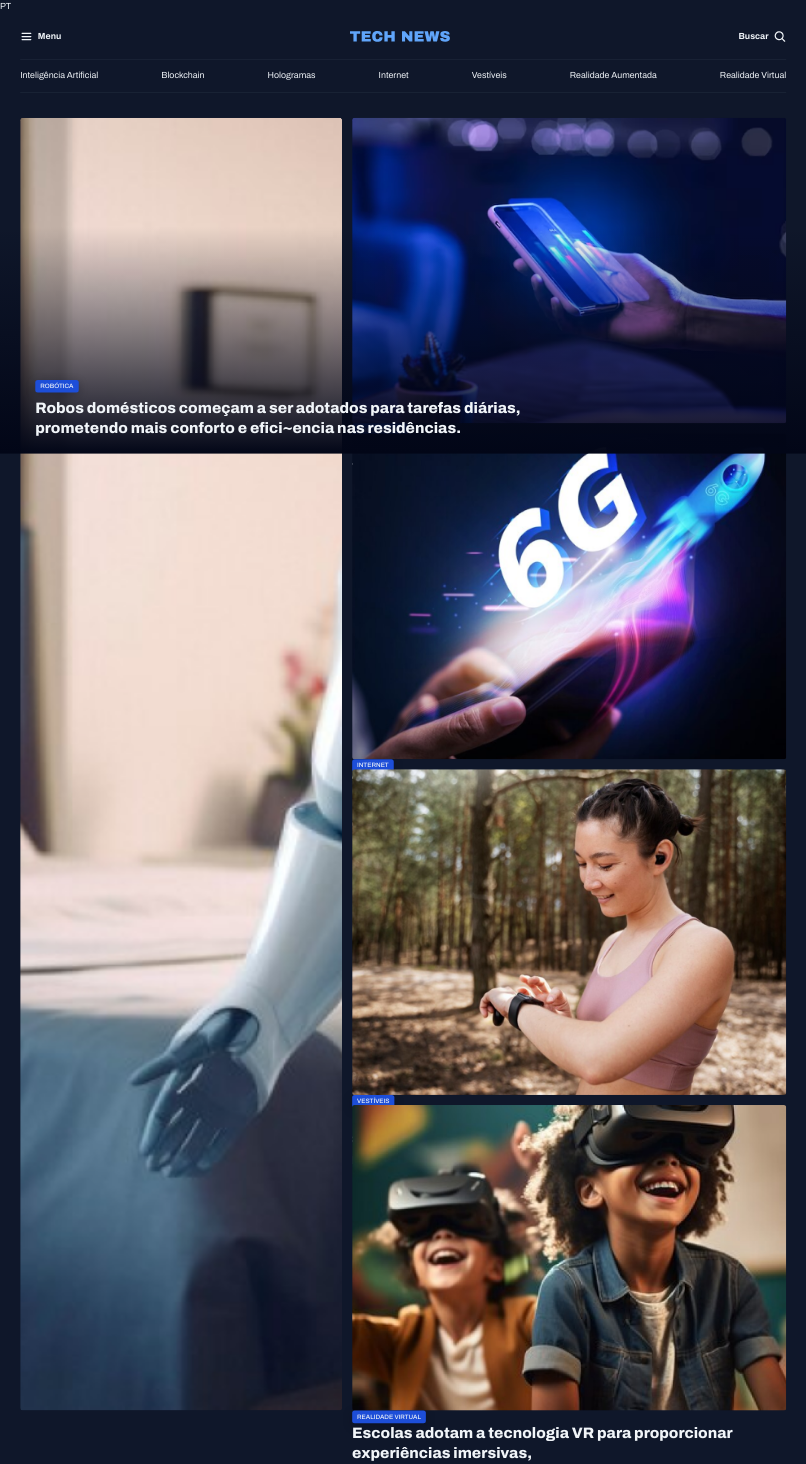
Repository: JeffRodFer/portalDeNoticias
Page: index.html
The author's editor kept a copy of each file at every save. The page is drawn from the files as they stood at one save, then again after a run of saves.
The browser window is 1280 px wide. The pictures show the whole page, at 63% of full size.

Above is the page before, as saved 2025-04-15 22:02:11.

### index.html
PT<!DOCTYPE html>
<html lang="pt-BR">
  <head>
    <link rel="preconnect" href="https://fonts.googleapis.com">
  <link rel="preconnect" href="https://fonts.gstatic.com" crossorigin>
  <meta charset="UTF-8">
  <meta name="viewport" content="width=device-width, initial-scale=1.0">
  <title>Portal de Notícias</title>
  <link rel="stylesheet" href="styles/index.css">

  <link href="https://fonts.googleapis.com/css2?family=Archivo:ital,wght@0,100..900;1,100..900&family=Bree+Serif&family=Poppins:wght@400;700&display=swap" rel="stylesheet">

</head>
<body>
  <header class="container">
    <nav id="primary" class="grid grid-flow-col">
      <div>
        <img src="assets/icons/List.svg" alt="ícone de menu">
        <strong>Menu</strong>
      </div>
        <div>
          <img src="assets/Logo (1).svg" alt="TechNews logo">
        </div>
        <div>
          <strong>Buscar</strong>
          <img src="assets/icons/MagnifyingGlass.svg" alt="ícone de lupa para pesquisa">
        </div>
    </nav>
    <nav id="secondary" class="grid grid-flow-col">
      <a href="#">Inteligência Artificial</a>
      <a href="#">Blockchain</a>
      <a href="#">Hologramas</a>
      <a href="#">Internet</a>
      <a href="#">Vestíveis</a>
      <a href="#">Realidade Aumentada</a>
      <a href="#">Realidade Virtual</a>
    </nav>
  </header>
  <main class="grid container">
    <section id="featured" class="grid grid-flow-col gap-16">
      <figure class="card">
        <img src="assets/images/Image 01.png" alt="">

        <figcaption>
          <span class="content-tag">robótica</span>
          <h2 class="text-2xl">
            Robos domésticos começam a ser adotados para tarefas diárias, <br> prometendo mais conforto e efici~encia nas residências.
          </h2>
        </figcaption>
      </figure>
      <div class="grid grid cols-2 gap-16">
        <figure>
          <img src="assets/images/Image 02.png" alt="Novo Smartphone Projetor 3D chega ao mercado, transformando a forma como vemos as nossas telas!">

          <figcaption>
            <span class="content-tag">Hologramas</span>
            <h2 class="text-2xl">
              Novo Smartphone Projetor 3D chega ao mercado, transformando a forma como vemos as nossas telas!
            </h2>
          </figcaption>
        </figure>
        <figure>
          <img src="assets/images/Image 03.png" alt="">

          <figcaption>
            <span class="content-tag">Internet</span>
            <h2 class="text-2xl">
            Tecnologia 3D chega as metropoles brasileiras, prometendo revolucionar a forma como vivemos e nos comunicamos.
            </h2>
          </figcaption>
      </figure>
        <figure>
          <img src="assets/images/Image 04.png" alt="">

          <figcaption>
            <span class="content-tag">Vestíveis</span>
            <h2 class="text-2xl">
            Empresa lança relógio inteligente capaz de monitorar a saúde mental, oferecendo insights valiosos para os médicos.
            </h2>
          </figcaption>
        </figure>
        <figure>
          <img src="assets/images/Image 05.png" alt="">

          <figcaption>
            <span class="content-tag">Realidade Virtual</span>
            <h2 class="text-2xl">
            Escolas adotam a tecnologia VR para proporcionar experiências imersivas,
            </h2>
          </figcaption>
        </figure>
      </div>
    </section>
  </main>
</body>
</html>

### styles/global.css
* {
  margin: 0;
  padding: 0;
  box-sizing: border-box;
}

:root {
  --brand-color-light: #60a5fa ;
  --brand-color-dark: #1d4ed8;
  --bg-color: #0f172a;
  --stroke-color: #1e293b;
  --text-color-primary: #f1f5f9;
  --text-color-secondary: #cbd5e1;

  --font-family: 'Archivo', sans-serif;
  --h1: 800 24px/135% var(--font-family);
  --h2: 800 16px/140% var(--font-family);
  --h3: 800 14px/140% var(--font-family);
  --text-span: 400 16px/140% var(--font-family);
  --text: 400 14px/160% var(--font-family);

}

body {
  font: var(--text);
  color: var(--text-color-primary);
  background-color: var(--bg-color);
}

a {
  text-decoration: none;
  color: inherit;
}

a:hover {
  color: var(--brand-color-light);
}

h1,h2,h3 {
  font:inherit;
}

img {
  max-width: 100%;
}

.container {
  max-width: 1280px;
  padding-inline: 32px;
  margin-inline: auto;
}
main {
  margin-top: 40px ;
}
.content-tag {
  display: inline-block;
  background-color: var(--brand-color-dark);
  padding: 4px 8px;
  border-radius: 4px;
  font: 500 10px/1.2 var(--font-family);
  text-transform: uppercase;
  color: var(--text-color-primary);
  box-shadow: 0px 4px 16px rgba(2, 3, 23, 0.251);
}

### styles/utility.css
/* utility-first */
.grid {
  display: grid;
}
.grid-flow-col {
  grid-auto-flow: column;
}

.grid-cols-2 {
  grid-template-columns: 1fr 1fr;
}

.gap-16 {
  gap: 16px;
}

.text-2xl {
  font: var(--h1);
}
.text-2x {
  font: var(--h2);
}
.text-lg {
  font: var(--h3);
}
.text-sm {
  font: var(--text-sm);
}

### styles/header.css
#primary {
  padding-block: 20px;

  div {
    display: flex;
    align-items: center;
    gap: 8px;
  }

  /* nesting css */
  div:nth-child(2) {
    margin-inline: auto;
}
div:nth-child(3) {
  justify-self: end;
}
}
#secondary {
  padding-block: 14px;
  border: solid 1px var(--stroke-color);
  border-inline: none;
  justify-content: space-between;
}

### styles/sections.css
#featured {
  img {
    height: 100%;
    object-fit: cover;
    border-radius: 4px;
  }
.card {
  border-radius: 4px;
  overflow: hidden;
  object-fit: relative;

  &::before {
   content: "";
   position: absolute;
   inset: 0;
   top: 50%;
   background: linear-gradient(
    180deg,
    transparent 0%,
    #020617 100%
   );
  }
  figcaption {
    position: absolute;
    bottom: 0;

    padding: 24px;

    h2 {
      margin-top: 8px;
    }
  }
}
}

Loaded but not shown: styles/index.css (common file)

After the next 3 saves:
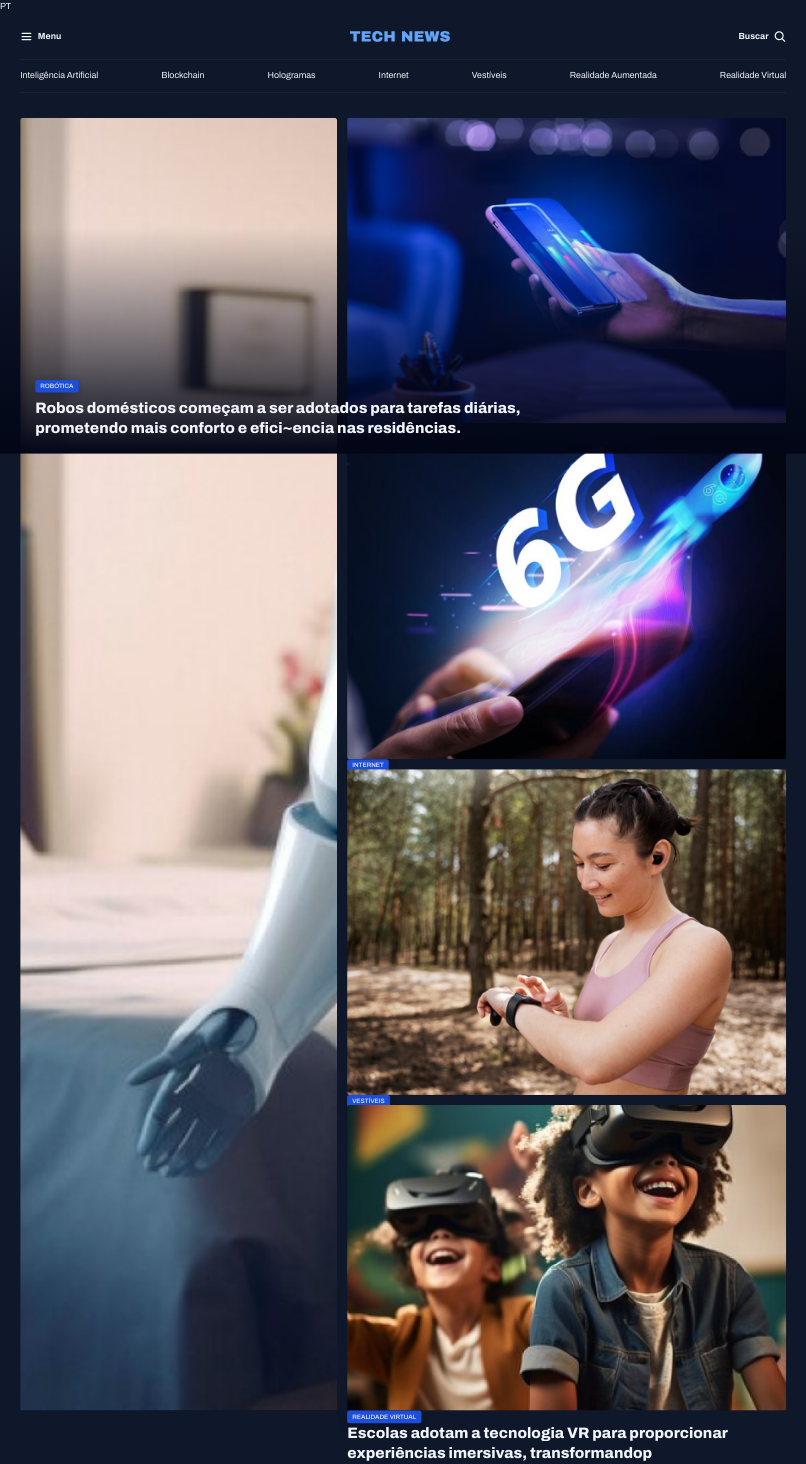
The 3 saves are shown as one change because they came seconds apart.
The last was saved 21 s later.
--- a/index.html
+++ b/index.html
@@ -85,7 +85,7 @@
           <figcaption>
             <span class="content-tag">Realidade Virtual</span>
             <h2 class="text-2xl">
-            Escolas adotam a tecnologia VR para proporcionar experiências imersivas,
+        Escolas adotam a tecnologia VR para proporcionar experiências imersivas, transformandop
             </h2>
           </figcaption>
         </figure>

After the 2 saves that followed:
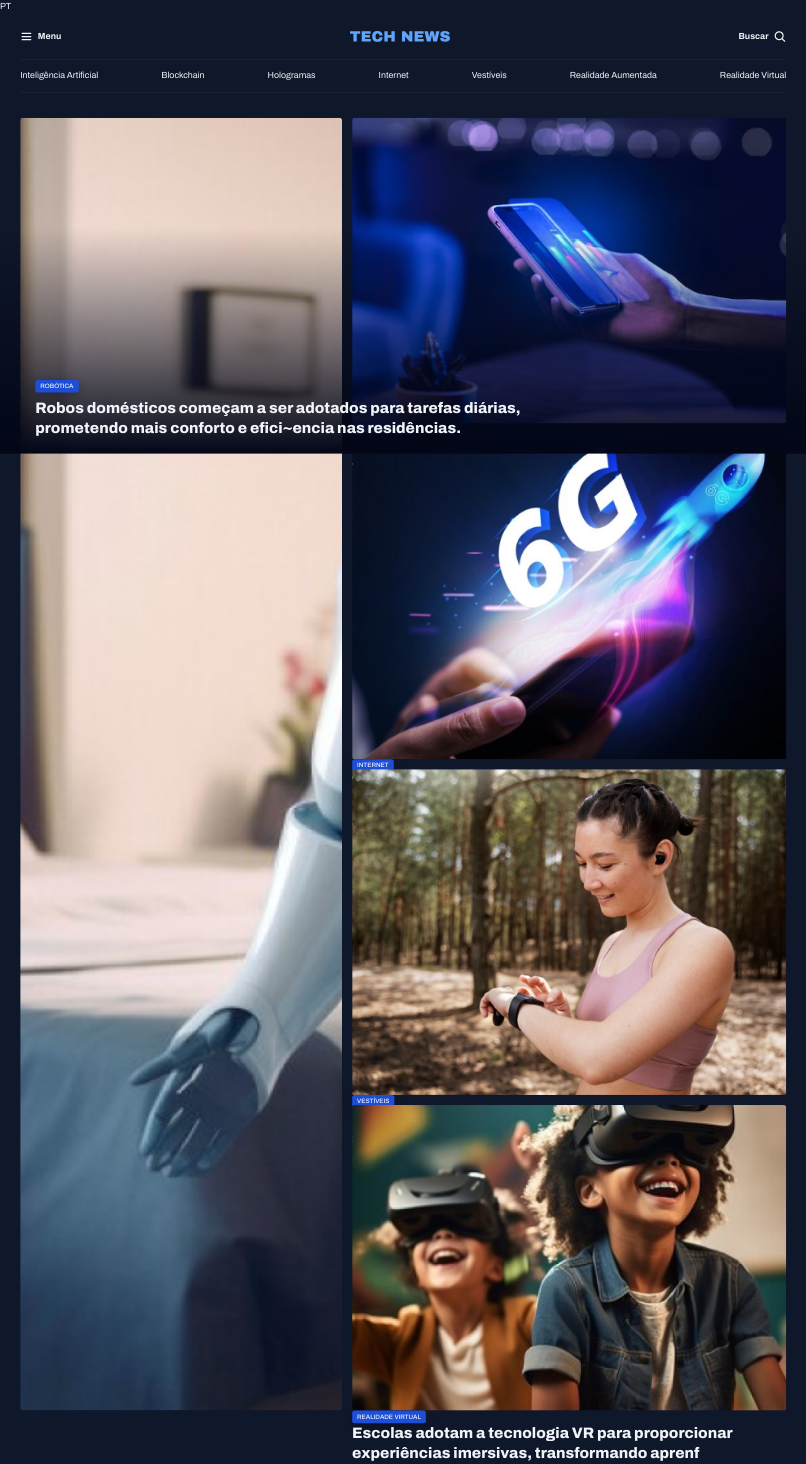
The 2 saves are shown as one change because 1 left the picture as it was.
The last was saved 12 s later.
--- a/index.html
+++ b/index.html
@@ -85,7 +85,7 @@
           <figcaption>
             <span class="content-tag">Realidade Virtual</span>
             <h2 class="text-2xl">
-        Escolas adotam a tecnologia VR para proporcionar experiências imersivas, transformandop
+              Escolas adotam a tecnologia VR para proporcionar experiências imersivas, transformando aprenf
             </h2>
           </figcaption>
         </figure>
